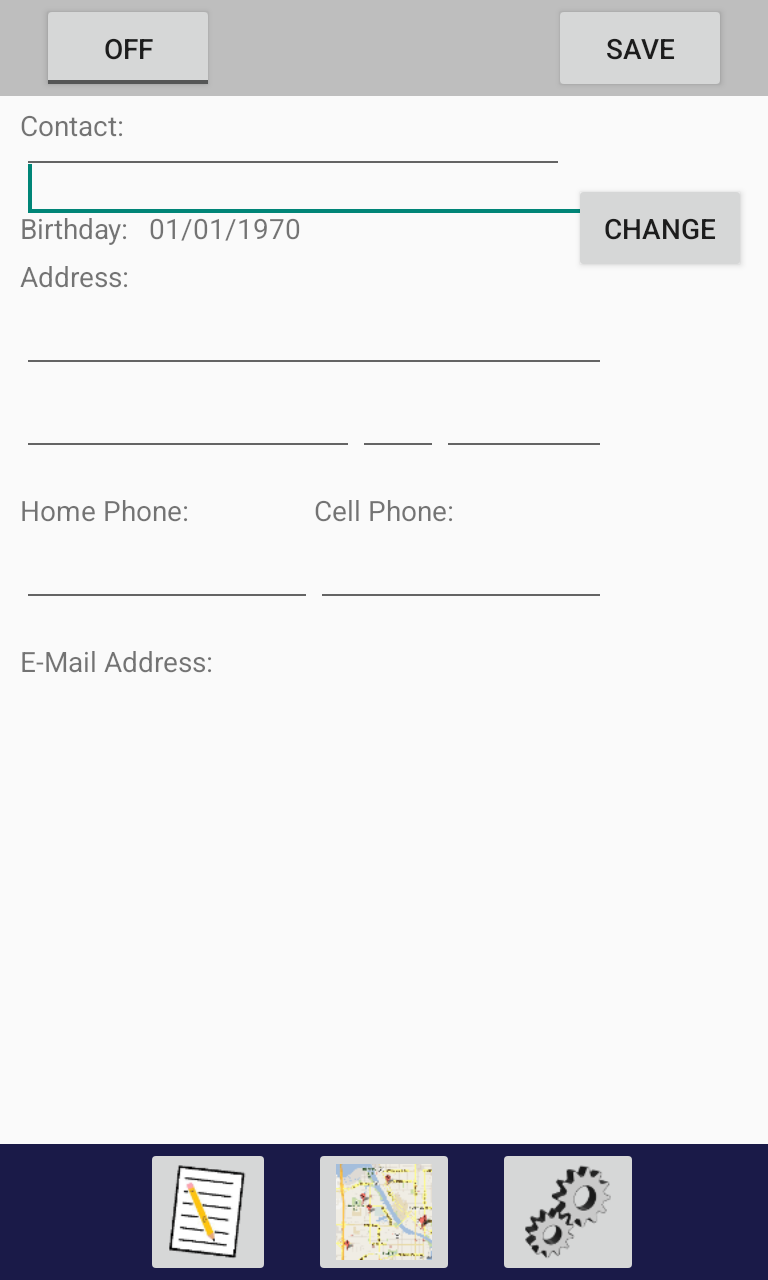
Repository: MobileApps-Cascadia/JenniferBronson_ExercisesChapter5
Layout: MyContactList/res/layout/activity_contact.xml
These files come from the project's save history. The layout is drawn as it stood at one moment and after the next save; the edit follows.
It is drawn on a 768 x 1280 px phone screen (xhdpi) without system bars, with theme AppTheme; the app's code is not run.

Above is the layout before, as saved 2014-04-26 22:36:54.

### MyContactList/res/layout/activity_contact.xml
<RelativeLayout xmlns:android="http://schemas.android.com/apk/res/android"
    xmlns:tools="http://schemas.android.com/tools"
    android:layout_width="match_parent"
    android:layout_height="match_parent"
    tools:context=".ContactActivity">


    <RelativeLayout
        android:id="@+id/navbar"
        android:background="@color/navbar_background"
        android:layout_width="fill_parent"
        android:layout_height="wrap_content"
        android:layout_alignParentBottom="true">

        <ImageButton
            android:id="@+id/imageButtonList"
            android:layout_width="wrap_content"
            android:layout_height="wrap_content"
            android:layout_centerVertical="true"
            android:layout_toLeftOf="@+id/imageButtonMap"
            android:layout_marginRight="20dp"
            android:src="@drawable/contactlisticon" />

        <ImageButton
            android:id="@+id/imageButtonMap"
            android:layout_width="wrap_content"
            android:layout_height="wrap_content"
            android:layout_centerVertical="true"
            android:layout_centerHorizontal="true"
            android:layout_toRightOf="@+id/imageButton1"
            android:src="@drawable/mapicon" />

        <ImageButton
            android:id="@+id/imageButtonSettings"
            android:layout_width="wrap_content"
            android:layout_height="wrap_content"
            android:layout_centerVertical="true"
            android:layout_marginLeft="20dp"
            android:layout_toRightOf="@+id/imageButtonMap"
            android:src="@drawable/settingsicon" />

    </RelativeLayout>

    <RelativeLayout
        android:id="@+id/toolbar"
        android:background="@color/toolbar_background"
        android:layout_width="match_parent"
        android:layout_height="wrap_content"
        android:layout_alignParentLeft="true"
        android:layout_alignParentTop="true"
        >

        <ToggleButton
            android:id="@+id/toggleButtonEdit"
            android:layout_width="wrap_content"
            android:layout_height="wrap_content"
            android:layout_alignParentLeft="true"
            android:layout_marginLeft="20dp"
            android:text="ToggleButton" />

        <Button
            android:id="@+id/buttonSave"
            android:layout_width="wrap_content"
            android:layout_height="wrap_content"
            android:layout_alignParentRight="true"
            android:layout_marginRight="20dp"
            android:text="Save" />

    </RelativeLayout>

    <ScrollView
        android:id="@+id/scrollView1"
        android:layout_width="match_parent"
        android:layout_height="wrap_content"
        android:layout_alignParentLeft="true"
        android:layout_below="@+id/toolbar"
        android:layout_above="@+id/navbar" >

        <RelativeLayout
            android:layout_width="match_parent"
            android:layout_height="match_parent"
           >

            <TextView
                android:id="@+id/textContact"
                android:layout_width="wrap_content"
                android:layout_height="wrap_content"
                android:text="Contact:"
                android:textAppearance="?android:attr/textAppearanceSmall"
                android:layout_alignParentLeft="true"
        		android:layout_alignParentTop="true"
        		android:layout_marginLeft="10dp"
        		android:layout_marginTop="5dp"/>

            <EditText android:id="@+id/editName"
                android:layout_width="wrap_content"
                android:layout_height="wrap_content"
                android:layout_alignParentLeft="true"
                android:layout_marginLeft="10dp"
                android:layout_below="@+id/textContact"
                android:ems="14"
                android:imeOptions="actionNext"
                android:inputType="textCapWords">

                <requestFocus/>
            </EditText>

            <TextView
                android:id="@+id/textAddress"
                android:layout_width="wrap_content"
                android:layout_height="wrap_content"
                android:layout_alignParentLeft="true"
                android:layout_below="@+id/editName"
        		android:layout_marginLeft="10dp"
        		android:layout_marginTop="15dp"
        		android:text="Address:"
        		android:textAppearance="?android:attr/textAppearanceSmall"/>

            <EditText android:id="@+id/editAddress"
                android:layout_width="wrap_content"
                android:layout_height="wrap_content"
                android:layout_alignParentLeft="true"
                android:layout_marginLeft="10dp"
                android:layout_below="@+id/textAddress"
                android:ems="14"
                android:imeOptions="actionNext"
                android:inputType="textCapWords">
            </EditText>

        <EditText android:id="@+id/editCity"
                android:layout_width="wrap_content"
                android:layout_height="wrap_content"
                android:layout_alignParentLeft="true"
                android:layout_marginLeft="10dp"
                android:layout_below="@+id/editAddress"
                android:ems="8"
                android:imeOptions="actionNext"
                android:nextFocusDown="@+id/editState"
                android:inputType="textCapWords">
            </EditText>

        <EditText android:id="@+id/editState"
                android:layout_width="wrap_content"
                android:layout_height="wrap_content"
                android:ems="2"
                android:layout_toRightOf="@+id/editCity"
                android:layout_alignBottom="@+id/editCity"
                android:maxLength="2"
                android:imeOptions="actionNext"
                android:nextFocusDown="@+id/editZipCode"
                android:inputType="textCapCharacters">
            </EditText>

        <EditText android:id="@+id/editZipcode"
                android:layout_width="wrap_content"
                android:layout_height="wrap_content"
                android:ems="4"
                android:layout_toRightOf="@+id/editState"
                android:layout_alignBottom="@+id/editState"
                android:maxLength="5"
                android:imeOptions="actionNext"
                android:nextFocusDown="@+id/editHome"
                android:inputType="numberSigned">
            </EditText>






        <TextView
                android:id="@+id/textHome"
                android:layout_width="wrap_content"
                android:layout_height="wrap_content"
                android:text="Home Phone:"
                android:layout_alignParentLeft="true"
        		android:layout_marginLeft="10dp"
        		android:layout_marginTop="15dp"
        		android:layout_below="@+id/editCity"
        		/>

            <EditText android:id="@+id/editHome"
                android:layout_width="wrap_content"
                android:layout_height="wrap_content"
                android:layout_alignParentLeft="true"
                android:layout_marginLeft="10dp"
                android:layout_below="@+id/textHome"
                android:ems="7"
                android:maxLength="14"
                android:imeOptions="actionNext"
                android:nextFocusDown="@+id/editCell"
                android:inputType="phone">

            </EditText>

            <TextView
                android:id="@+id/textCell"
                android:layout_width="wrap_content"
                android:layout_height="wrap_content"
                android:text="Cell Phone:"
                android:layout_alignBottom="@+id/textHome"
                android:layout_alignLeft="@+id/editCell"/>

            <EditText android:id="@+id/editCell"
                android:layout_width="wrap_content"
                android:layout_height="wrap_content"
                android:layout_alignBottom="@+id/editHome"
                android:layout_toRightOf="@+id/editHome"
                android:ems="7"
                android:maxLength="14"
                android:imeOptions="actionNext"
                android:nextFocusDown="@+id/editEMail"
                android:inputType="phone">

            </EditText>


            <TextView
                android:id="@+id/textEMail"
                android:layout_width="wrap_content"
                android:layout_height="wrap_content"
                android:text="E-Mail Address:"
                android:layout_alignParentLeft="true"
                android:layout_marginLeft="10dp"
                android:layout_marginTop="15dp"
                android:layout_below="@+id/editHome"
                />

            <EditText android:id="@+id/editEMail"
                android:layout_width="wrap_content"
                android:layout_height="wrap_content"
                android:layout_alignParentLeft="true"
                android:layout_marginLeft="10dp"
                android:layout_below="@+id/editEMail"
                android:ems="13"
                android:inputType="textEmailAddress">

            </EditText>


            <TextView
                android:id="@+id/textBday"
                android:layout_width="wrap_content"
                android:layout_height="wrap_content"
                android:text="Birthday:"
                android:layout_alignParentLeft="true"
                android:layout_marginLeft="10dp"
                android:layout_marginTop="15dp"
                android:layout_below="@+id/editEMail"
                android:paddingBottom="25dp"
                />

            <TextView
                android:id="@+id/textBirthday"
                android:layout_width="wrap_content"
                android:layout_height="wrap_content"
                android:text="01/01/1970"
                android:layout_marginLeft="10dp"
                android:layout_toRightOf="@+id/textBday"
                android:layout_alignBottom="@+id/textBday"
                android:paddingBottom="25dp"
                />

            <Button
                android:id="@+id/btnBirthday"
                android:text="Change"
                android:layout_width="wrap_content"
                android:layout_height="wrap_content"
                android:layout_alignParentRight="true"
                android:layout_marginRight="10dp"
                android:layout_alignBaseline="@+id/textBirthday" />

        </RelativeLayout>
    </ScrollView>

</RelativeLayout>

### MyContactList/res/values/color.xml
<?xml version="1.0" encoding="utf-8"?>
<resources>
    <color name="navbar_background">#1a1a48</color>
    <color name="toolbar_background">#bebebe</color>

</resources>

Loaded but not shown: MyContactList/res/values/styles.xml (common file); MyContactList/res/values-v11/styles.xml (common file); MyContactList/res/values-v14/styles.xml (common file)

After the next save:
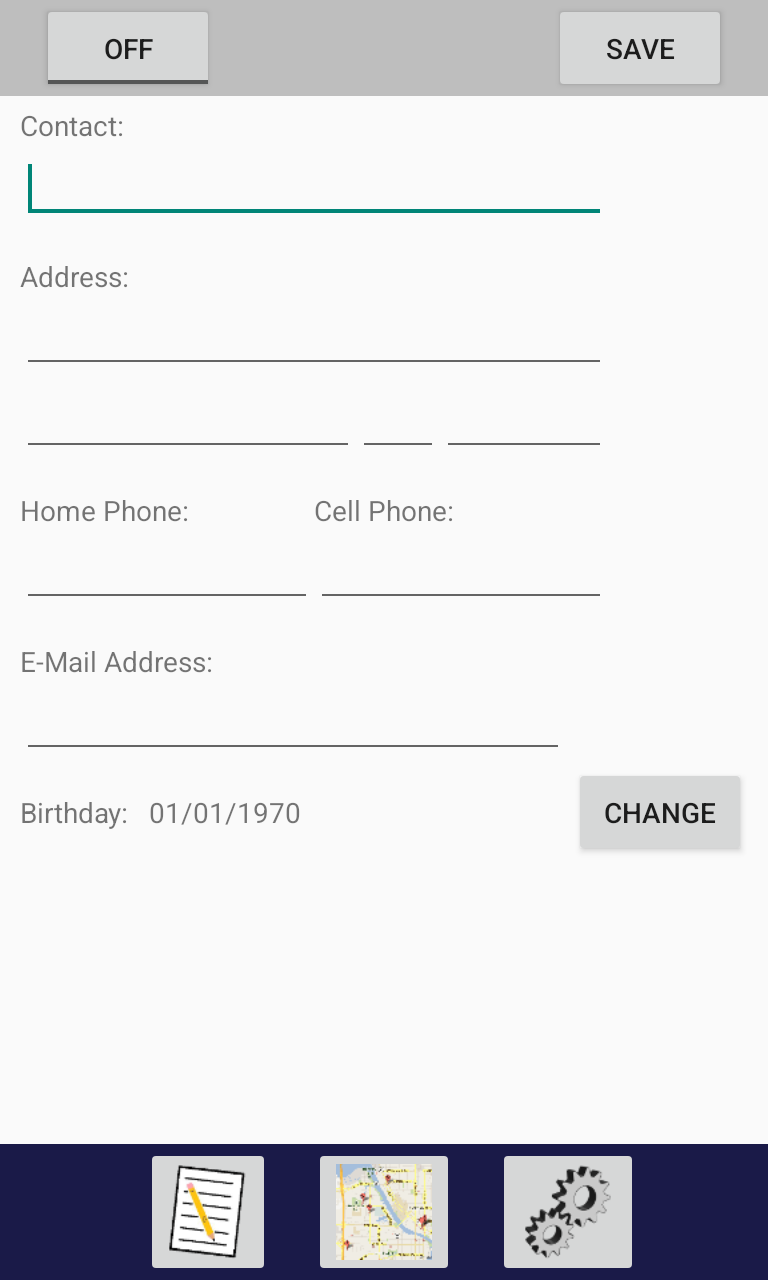
Saved 3 min 1 s later.
--- a/MyContactList/res/layout/activity_contact.xml
+++ b/MyContactList/res/layout/activity_contact.xml
@@ -231,7 +231,7 @@
                 android:layout_height="wrap_content"
                 android:layout_alignParentLeft="true"
                 android:layout_marginLeft="10dp"
-                android:layout_below="@+id/editEMail"
+                android:layout_below="@+id/textEMail"
                 android:ems="13"
                 android:inputType="textEmailAddress">
 
